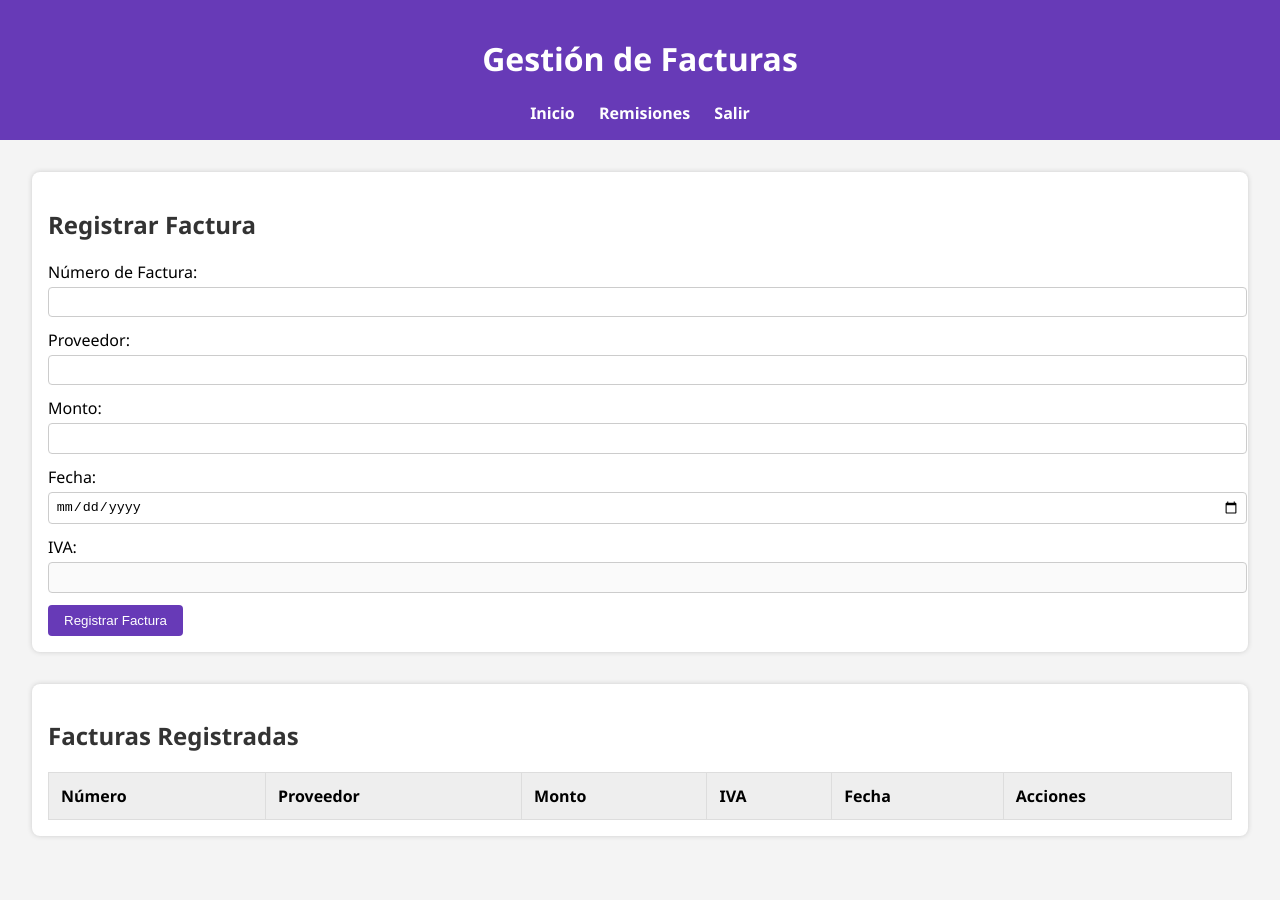
Repository: djkeviin/Mi-primera-chamba
Page: views/facturas.html
These files come from the project's save history. The page is drawn as it stood at one moment and after the next save; the edit follows.
The browser window is 1280 px wide. The pictures show the whole page.

Above is the page before, as saved 2025-05-02 00:48:22.

After the next save:
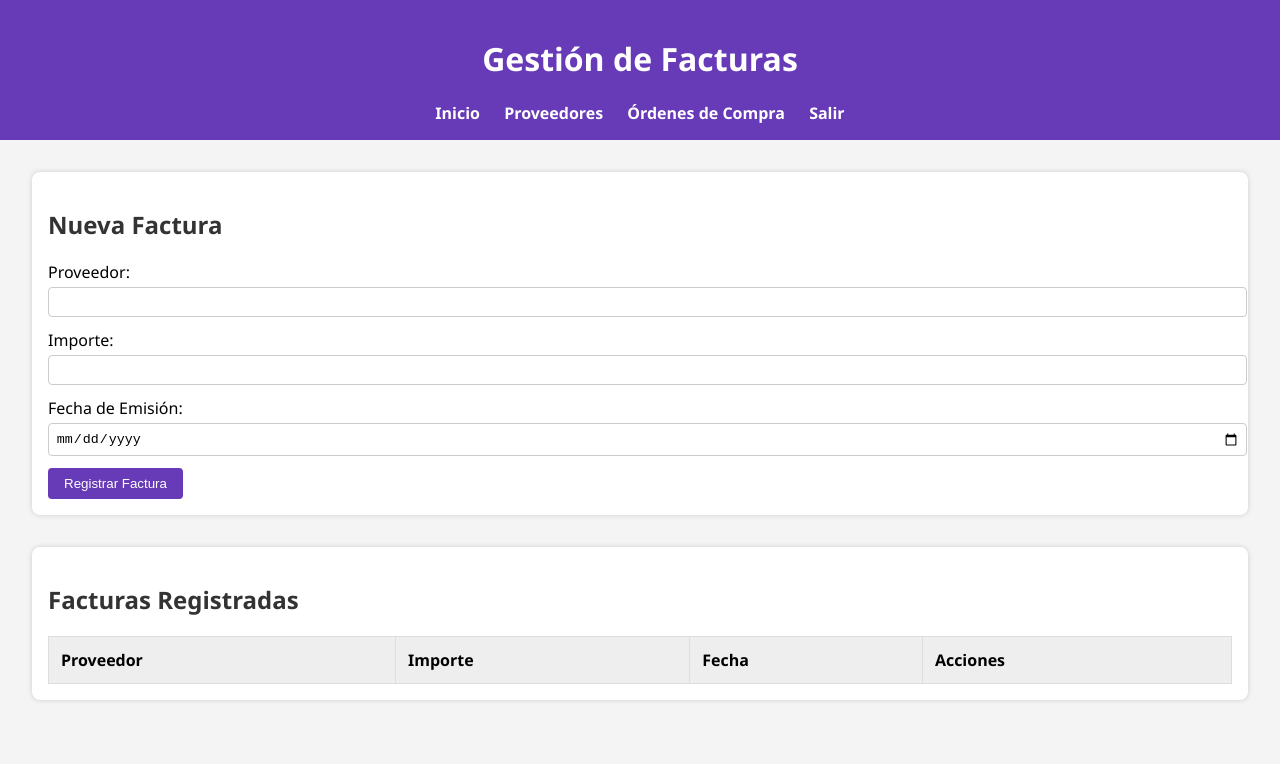
Saved 1 s later.
--- a/views/facturas.html
+++ b/views/facturas.html
@@ -1,38 +1,33 @@
 <!DOCTYPE html>
 <html lang="es">
 <head>
-  <meta charset="UTF-8">
+  <meta charset="UTF-8" />
   <title>Gestión de Facturas</title>
-  <link rel="stylesheet" href="../css/facturas.css">
+  <link rel="stylesheet" href="../css/facturas.css" />
 </head>
 <body>
   <header>
     <h1>Gestión de Facturas</h1>
     <nav>
       <a href="dashboard.html">Inicio</a>
-      <a href="remisiones.html">Remisiones</a>
+      <a href="proveedores.html">Proveedores</a>
+      <a href="ordenes.html">Órdenes de Compra</a>
       <a href="../index.html">Salir</a>
     </nav>
   </header>
 
   <main>
     <section class="formulario">
-      <h2>Registrar Factura</h2>
+      <h2>Nueva Factura</h2>
       <form id="formFactura">
-        <label>Número de Factura:
-          <input type="text" name="numeroFactura" required>
+        <label>Proveedor:
+          <input type="text" name="proveedor" required />
         </label>
-        <label>Proveedor:
-          <input type="text" name="proveedor" required>
+        <label>Importe:
+          <input type="number" name="importe" required />
         </label>
-        <label>Monto:
-          <input type="number" name="monto" required>
-        </label>
-        <label>Fecha:
-          <input type="date" name="fecha" required>
-        </label>
-        <label>IVA:
-          <input type="number" name="iva" disabled>
+        <label>Fecha de Emisión:
+          <input type="date" name="fechaEmision" required />
         </label>
         <button type="submit">Registrar Factura</button>
       </form>
@@ -43,16 +38,14 @@
       <table>
         <thead>
           <tr>
-            <th>Número</th>
             <th>Proveedor</th>
-            <th>Monto</th>
-            <th>IVA</th>
+            <th>Importe</th>
             <th>Fecha</th>
             <th>Acciones</th>
           </tr>
         </thead>
         <tbody id="tablaFacturas">
-          <!-- Datos dinámicos -->
+          <!-- Contenido dinámico -->
         </tbody>
       </table>
     </section>
